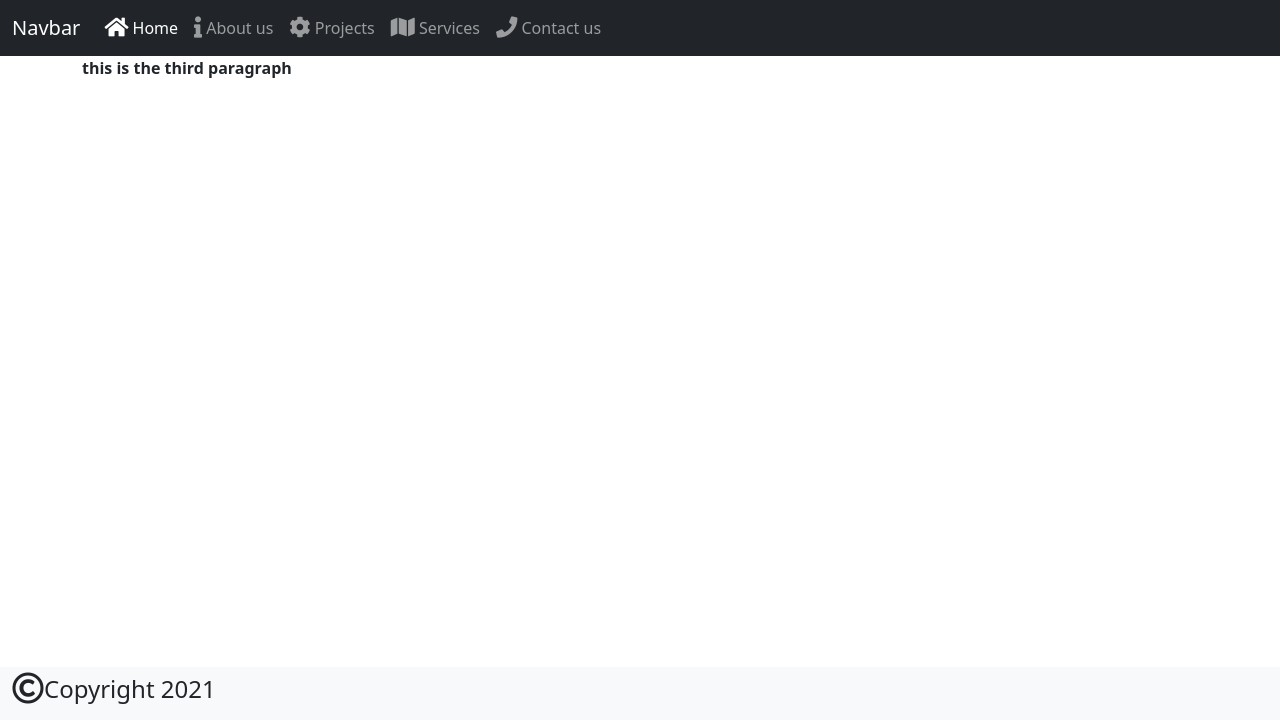
Repository: Hasib001/WEBD6201---W2021---ICE-1
Page: index.html
These files come from the project's save history. The page is drawn as it stood at one moment and after the next save; the edit follows.
The browser window is 1280 px wide. The pictures show the whole page.

Above is the page before, as saved 2021-01-22 23:15:14.

### index.html
<!DOCTYPE html>
<html lang="en">
<head>
    <meta charset="UTF-8">
    <meta name="viewport" content="width=device-width, initial-scale=1.0">
    <title>WEBD6201 - W2021 - ICE 1</title>
    <!--CSS Section -->
    <link rel="stylesheet" href="./node_modules/bootstrap/dist/css/bootstrap.min.css">
    <link rel="stylesheet" href="./node_modules/@fortawesome/fontawesome-free/css/all.css">
    <link rel="stylesheet" href="./Content/app.css" >
</head>
<body>

    <header>
        <nav class="navbar navbar-expand-lg navbar-dark bg-dark">
            <div class="container-fluid">
              <a class="navbar-brand" href="#">Navbar</a>
              <button class="navbar-toggler" type="button" data-bs-toggle="collapse" data-bs-target="#navbarSupportedContent" aria-controls="navbarSupportedContent" aria-expanded="false" aria-label="Toggle navigation">
                <span class="navbar-toggler-icon"></span>
              </button>
              <div class="collapse navbar-collapse" id="navbarSupportedContent">
                <ul class="navbar-nav me-auto mb-2 mb-lg-0">
                  <li class="nav-item">
                    <a class="nav-link active" aria-current="page" href="#"><i class="fas fa-home fa-lg"></i> Home</a>
                  </li>

                  <li class="nav-item">
                    <a class="nav-link" aria-current="page" href="#"><i class="fas fa-info fa-lg"></i> About us</a>
                  </li>

                  <li class="nav-item">
                    <a class="nav-link" aria-current="page" href="#"><i class="fas fa-cog fa-lg"></i> Projects</a>
                  </li>

                  <li class="nav-item">
                    <a class="nav-link" aria-current="page" href="#"><i class="fas fa-map fa-lg"></i> Services</a>
                  </li>

                  <li class="nav-item">
                    <a class="nav-link" aria-current="page" href="#"><i class="fas fa-phone fa-lg"></i> Contact us</a>
                  </li>

                </ul>

              </div>
            </div>
          </nav>

    </header>

    <div>
        <main class="container">
            <h1>Welcome to WEBD 6201</h1>
            <p id="paragraphOne"></p>
        </main>
    </div>

    <footer>
        <nav class="navbar fixed-bottom navbar-light bg-light">
            <div class="container-fluid">
              <h4><i class="far fa-copyright fa-lg"></i>Copyright 2021</h4>
            </div>
          </nav>

    </footer>


    <!--JAvascript section-->
    <script src="./node_modules/jquery/dist/jquery.min.js"></script>
    <script src="./node_modules/bootstrap/dist/js/bootstrap.bundle.min.js"></script>
    <script src="./Scripts/app.js" > </script>

</body>
</html>

### Content/app.css
/* css code goes here */

### Scripts/app.js
/* custom javaScript code goes here */

//IIFE - Immediately Invoked Function Expression
//AKA
//closure

"use strict";

(function()
{
    function Start()
    {
        console.log("App Started...");
        let paragraphOneText ="This is a simple site to demonstrate DOM Manipulation for ICE 1";

        let paragraphOneElement=document.getElementById("paragraphOne");

        paragraphOneElement.textContent=paragraphOneText;
        paragraphOneElement.className="fs-5";

        //step 1. document.create element
        let newParagraph = document.createElement("p");
        //step 2. configure element
        newParagraph.setAttribute("id","paragraphTwo");
        newParagraph.textContent="...and this is paragraph two";

        //step 3. select the parent element
        let mainContent = document.getElementsByTagName("main")[0];

        //step 4. Add/Insert the element
        mainContent.appendChild(newParagraph);

        newParagraph.className="fs-6";

        let paragraphThree = `<p class="fs-7 fw-bold"> this is the third paragraph</p>`;

        mainContent.innerHTML=paragraphThree;





    }

    window.addEventListener("load",Start);
}

)();

Loaded but not shown: node_modules/bootstrap/dist/css/bootstrap.min.css (library); node_modules/@fortawesome/fontawesome-free/css/all.css (library); node_modules/jquery/dist/jquery.min.js (library); node_modules/bootstrap/dist/js/bootstrap.bundle.min.js (library)

After the next save:
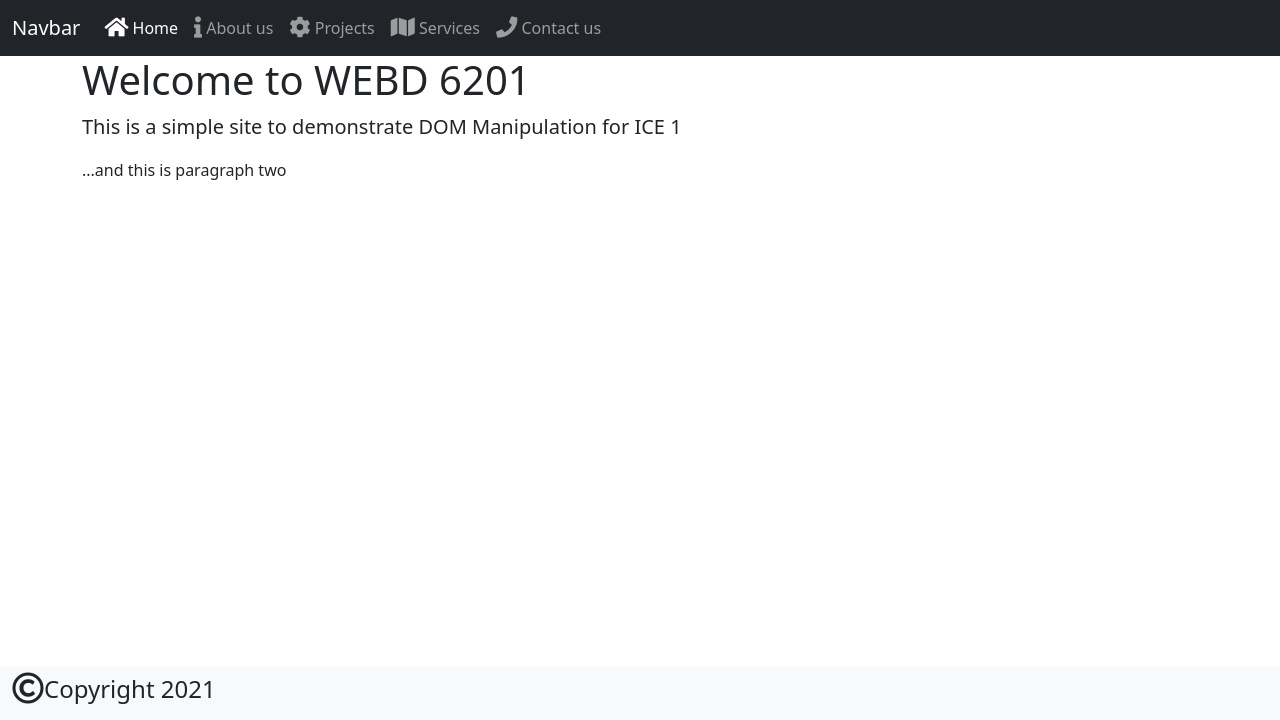
Saved 2 min 34 s later.
--- a/Scripts/app.js
+++ b/Scripts/app.js
@@ -32,9 +32,9 @@
 
         newParagraph.className="fs-6";
 
-        let paragraphThree = `<p class="fs-7 fw-bold"> this is the third paragraph</p>`;
+        //let paragraphThree = `<p class="fs-7 fw-bold"> this is the third paragraph</p>`;
 
-        mainContent.innerHTML=paragraphThree;
+        //mainContent.innerHTML=paragraphThree;
 
 
 
